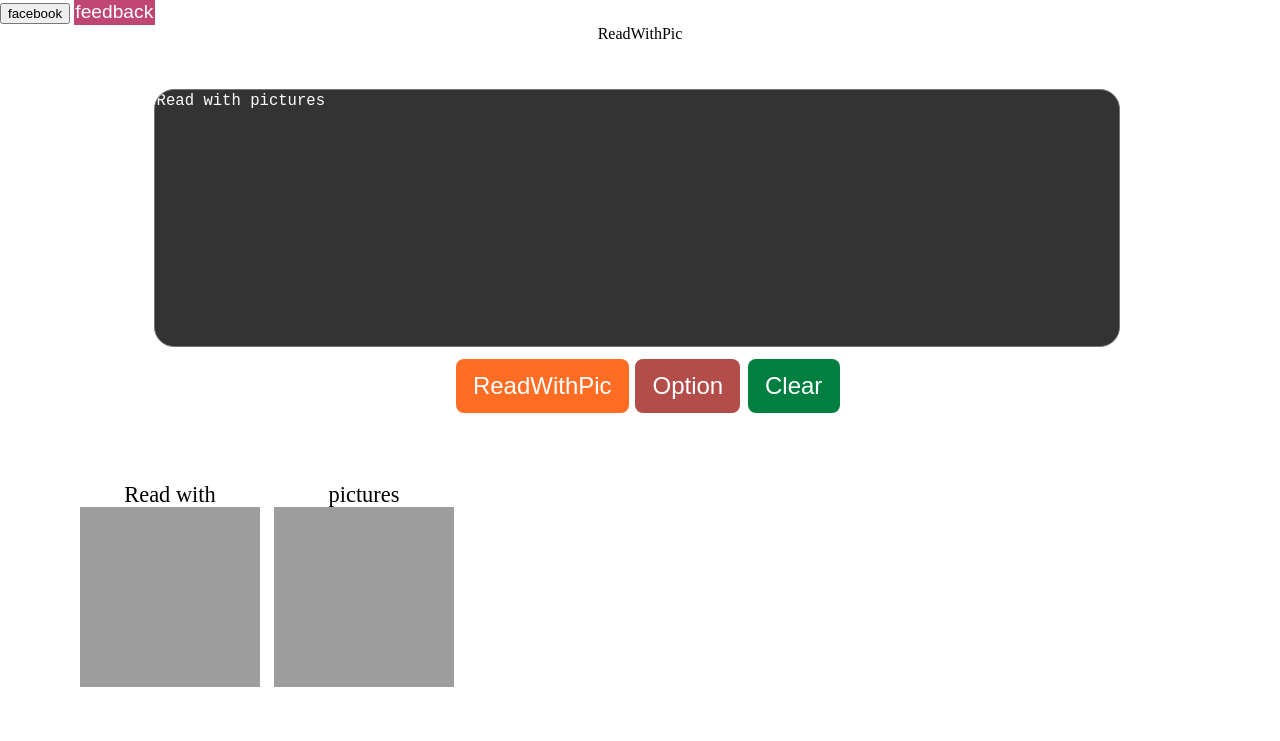
Repository: readwithpic/readwithpic.github.io
Page: index.html
The author's editor kept a record of every edit. The page is drawn from the files as they stood at one moment, then again after the next edit.
The browser window is 1280 px wide. The pictures show the whole page.
Pictures or frames that could not be fetched are drawn as grey boxes. Some web libraries are served in a nearby version.

Above is the page before.
Console error: TypeError: Cannot read properties of undefined (reading 'length')

### index.html
<!DOCTYPE html>
<html>

    <head>
        <meta charset="utf-8">
        <link rel="stylesheet" type="text/css" href="style.css" />
        <script src="https://ajax.googleapis.com/ajax/libs/jquery/2.1.3/jquery.min.js"></script>
        <script type="text/javascript" src="jscript.js"></script>
    </head>

    <body>
        <!-- <button type="button" id="feedback">Feedback</button>-->
        <!--Facebook Code-->
        <div class="social">
            <button type="button" class="facebook" onclick="window.open('https://www.facebook.com/readwithpic','_blank')">facebook
            </button>
            <button type="button" class="feedback"  onclick="window.open('https://www.facebook.com/readwithpic','_blank')">feedback
            </button>
        </div>
        <div class="logo"><a href="http://readwithpic.github.io" class="linkColor">ReadWithPic</a>
        </div>
        <div id="textBox">
            <div>
                <button type="button" id="roundB">
                    <p class="msg">R..</p>
                </button>
                <button type="button" id="closeB">
                    <p class="msg">X</p>
                </button>
            </div>
            <div>
                <textarea rows="10" cols="80" id="textInput" name="texthere">Read with pictures</textarea>
            </div>
            <div class="optionBox">
                <form action="#">
                    <div id="checkboxP">
                        <input type="checkbox" name="option" id="funny">
                        <label for="funny"><span class="cText"> Humour</span></label>
                    </div>
                    <div id="divAni">
                        <input type="checkbox" name="option" id="ani">
                        <label for="ani"><span class="cText">Animation</span></label>
                    </div>
                </form>
            </div>
            <div class="mainGroup">
                <div class="group">
                    <div id="buttonSpin">
                        <div class="spinner">
                            <div class="bounce1"></div>
                            <div class="bounce2"></div>
                            <div class="bounce3"></div>
                        </div>
                    </div>
                    <button type="button" id="convert">ReadWithPic</button>
                    <button type="button" id="option"><span id='optionText'>Option</span><span id='optionClose'>X</span></button>
                    <button type="button" id="clear">Clear</button>
                </div>
            </div>
        </div>
        <div class="front">
            <ul>
                <li class="showIt">
                    <figure>
                        <img src="http://www.auburn.edu/academic/education/reading_genie/navig/read.gif" height=180 width=180>
                        <figcaption>
                            <p class='withPic'>Read with</p>
                        </figcaption>
                    </figure>
                </li>
                <li class="showIt">
                    <figure>
                        <img src="https://pbs.twimg.com/profile_images/425063504039538688/sO0mRdKW.jpeg" height=180 width=180>
                        <figcaption>
                            <p class='withPic'>pictures</p>
                        </figcaption>
                    </figure>
                </li>
            </ul>
        </div>
        <!--debug <button type="button" id="loadme">Load</button>
            <button type="button" id="debug">debug</button>
           -->
        <div id="display">
            <ul>
                <li id="listLoad">
                    <div id="loadingSpin">
                        <div class="spinner">
                            <div class="bounce1"></div>
                            <div class="bounce2"></div>
                            <div class="bounce3"></div>
                        </div>
                    </div>
                </li>
            </ul>
        </div>
        <div><span id="sDebug"> </span><span id="what"></span>
        </div>
    </body>

</html>

### style.css
html, body { height: 100%; width: 100%; margin: 0; }


.logo{
    text-align:center;
    cursor:hand;
}

a:link {
    text-decoration: none;
}

a:visited {

    text-decoration: none;
}

a:hover {
    text-decoration: none;
}

a:active {
    text-decoration: none;

}
.linkColor{
    color:black;
}
#facebook{
   cursor:pointer;
   text-align:center;
   background-color: #3763A8;
   color: white;
   font-size: 1.2em;
   text-decoration: none;
   padding: 0.1% 0.1% ;
   border: none;
}

#facebook:hover{
    background-color:#3b5998;
}

#facebook:active{
    background-color:#3763A8;
}

.feedback{
   cursor:pointer;
   text-align:center;
   background-color: #BF4572;
   color: white;
   font-size: 1.2em;
   text-decoration: none;
   padding: 0.1% 0.1% ;
   border: none;
}

.feedback:hover{
    background-color:#7F2E4C;
}

.feedback:active{
    background-color:#BF4572;
}

.fb-like{
    width:200px;
}

li {
    display: inline-block;
    text-align:center;
    height:250px;
    padding-left:-100px;
}

.showIt{
    display:inline-block;
}

img{
    margin-right:-70px;
    float:left;
    padding:0px 0px 0px 0px;
}

#searchbox {
    width:600px;
    height:200px;
}

p {
 display:inline;
}

.withPic{
    font-size:1.4em;
    position:relative;
    left:35px;
    top:-205px;
    z-index:-1;
}
.onlyText{
 margin-left:4px;
}

#sDebug{
    background-color:brown;
}

#what{
    background-color:red;
}

/*half page div box */
#textBox{
  position:absolute;
  width:100%;
  height:50%;
}

textarea{
    -webkit-overflow-scrolling: touch;
}

#textInput{
    color:white;
    font-size:1.2em;
    position:absolute;
    display:block;
    resize:none;
    top:13%;
    left:12%;
    width:75%;
    height:70%;
    background-color:#333333;
    -moz-border-radius: 10px;
    -webkit-border-radius: 10px;
    border-radius: 20px;

}

#textInput:focus{
  border-color: #FF6C24;
  outline:none;
}

.front{
    position:relative;
    top:60%;
}

.optionBox{
    position:fixed;
    top:14%;
    background-color:#B24D4A;
    width:190px;
    height:90px;
    color:white;
    border-top-right-radius:20px;
    border-bottom-right-radius:20px;
    display:none;
}

#optionText{
    display:block;
}

#optionClose{
   margin-left:28.5px;
   margin-right:26px;
   display:none;
}

.cText{
   font-size:1.5em;
}

input[type=checkbox]
{
  display:inline-bloc;
   margin-left:15px;
   margin-top:15px;
   margin-right:10px;
  /* Double-sized Checkboxes */
  -ms-transform: scale(3); /* IE */
  -moz-transform: scale(3); /* FF */
  -webkit-transform: scale(3); /* Safari and Chrome */
  -o-transform: scale(3); /* Opera */
  padding: 10px;
}

.mainGroup {
    float:left;
    position:relative;
    top:88%;
    left:44%;
}

.group {
    width:215px;
    float:left;
    position:relative;
    left:-50%;
}

#divAni{
    margin-top:10px;
}
#convert  {
    display:inline-block;
    text-align:center;
    background-color: #FF6C24;
   -webkit-border-radius: 8px;
    -moz-border-radius: 8px;
    border-radius: 8px;
     color: white;
   font-size: 1.5em;
   text-decoration: none;
   padding: 6% 8% ;
   border: none;
   }

#convert:hover{
    background-color:#E55900;
}

#convert:active {
   background-color: #993D00;
   }

#convert:disabled{
background-color:#FFAA70;
}

#buttonSpin{
    position:absolute;
    margin-top:10%;
    margin-left:28%;
    display:none;
}

#clear{
    position:absolute;
    display:inline-block;
    margin-left:119px;
    text-align:center;
    background-color: #007F41;
   -webkit-border-radius: 8px;
    -moz-border-radius: 8px;
    border-radius: 8px;
   color: white;
   font-size: 1.5em;
   text-decoration: none;
   padding: 6% 8% ;
   border: none;
   }

#clear:hover {
   background-color:  #00683B;
   }


#clear:active {
   background-color: #007F41;
   }

#option{
    position:absolute;
    margin-left: 6.5px;
    text-align:center;
    background-color:#B24D4A;
   -webkit-border-radius: 8px;
    -moz-border-radius: 8px;
    border-radius: 8px;
   color: white;
   font-size: 1.5em;
   text-decoration: none;
   padding: 6% 8% ;
   border: none;
   }

#option:hover {
   background-color:#B23734;
   }


#option:active {
   background-color:#B24D4A;
   }


#roundB{
  position:fixed;
  top:1.5%;
  right:5%;
  width:50px;
  height:50px;
  background-color: #FF6C24;
  border-radius:50%;
  border: none;
  text-align:center;
  font-size:2em;
  color:white;
  display:none;
}

#roundB:hover{
    background-color:#E55900;
}

#roundB:active {
   background-color: #FF6C24;
   }

#closeB{
  position:fixed;
  top:1.5%;
  right:5%;
  width:50px;
  height:50px;
  background-color:#FF4024;
  border-radius:50%;
  border: none;
  text-align:center;
  font-size:2em;
  display:none;
}

#closeB:hover{
    background-color:#B20A00;
}

#closeB:active {
   background-color:#FF4024;
}



















/* Loading */
#listLoad{
  position:relative;
  width:180px;
  height:180px;
  display:none;
}

#loadingSpin{
    position:absolute;
    top:77px;
    left:67px;
    z-index:-2;
}

spinner {
  margin-left:100px;
  width: 70px;
  text-align: center;
}

.spinner > div {
  width: 15px;
  height: 15px;
  background-color: #333;
  border-radius: 100%;
  display: inline-block;
  -webkit-animation: bouncedelay 1.4s infinite ease-in-out;
  animation: bouncedelay 1.4s infinite ease-in-out;
  /* Prevent first frame from flickering when animation starts */
  -webkit-animation-fill-mode: both;
  animation-fill-mode: both;
}

.spinner .bounce1 {
  -webkit-animation-delay: -0.32s;
  animation-delay: -0.32s;
}

.spinner .bounce2 {
  -webkit-animation-delay: -0.16s;
  animation-delay: -0.16s;
}

/* loading end */

@-webkit-keyframes bouncedelay {
  0%, 80%, 100% { -webkit-transform: scale(0.0) }
  40% { -webkit-transform: scale(1.0) }
}

@keyframes bouncedelay {
  0%, 80%, 100% {
    transform: scale(0.0);
    -webkit-transform: scale(0.0);
  } 40% {
    transform: scale(1.0);
    -webkit-transform: scale(1.0);
  }
}

Loaded but not shown: jscript.js (322 lines, source omitted)

After the next edit:
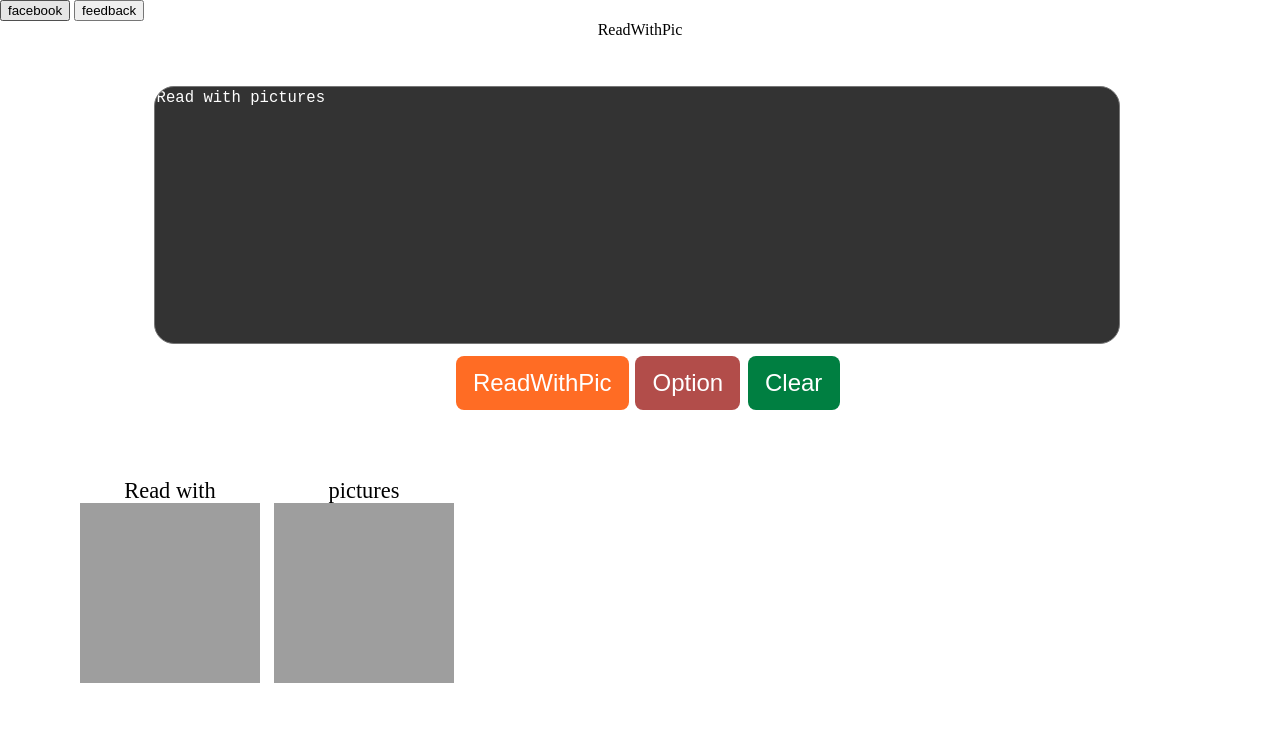
The edit:
--- a/style.css
+++ b/style.css
@@ -45,7 +45,7 @@
     background-color:#3763A8;
 }
 
-.feedback{
+#feedback{
    cursor:pointer;
    text-align:center;
    background-color: #BF4572;
@@ -56,11 +56,11 @@
    border: none;
 }
 
-.feedback:hover{
+#feedback:hover{
     background-color:#7F2E4C;
 }
 
-.feedback:active{
+#feedback:active{
     background-color:#BF4572;
 }
 

After the edit that followed:
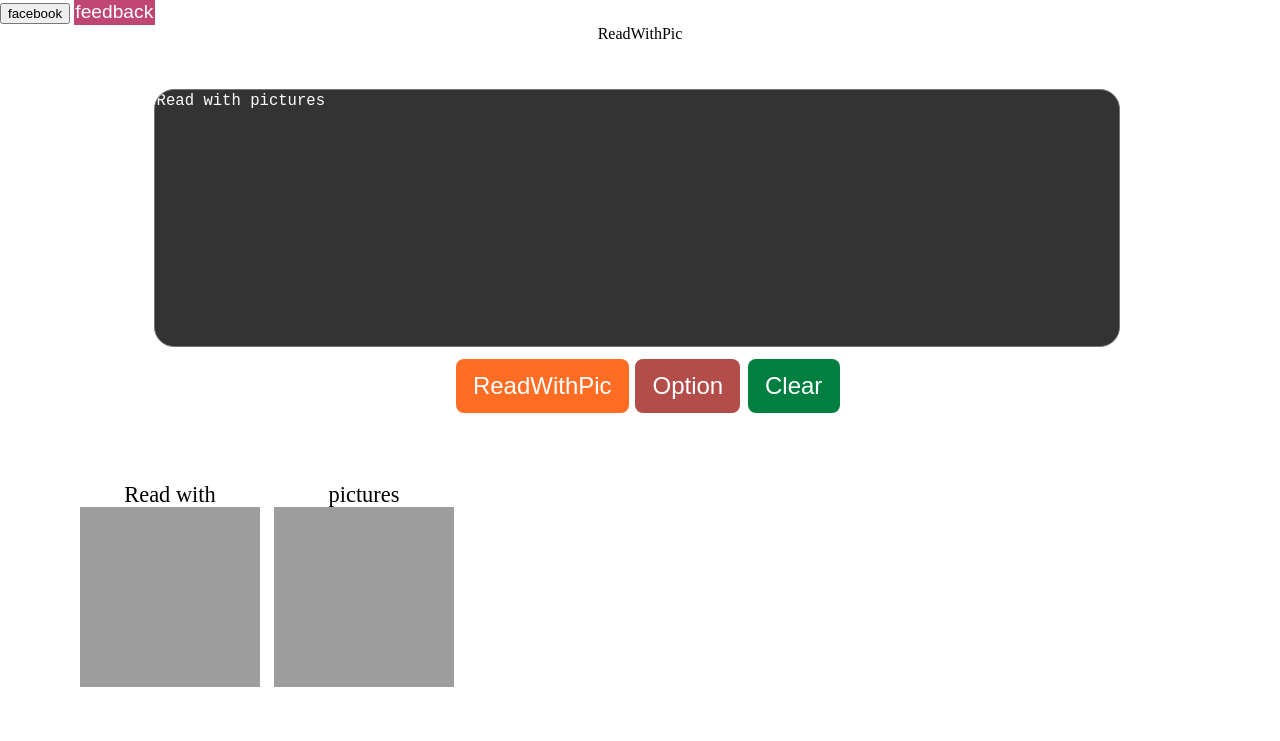
The edit:
--- a/style.css
+++ b/style.css
@@ -45,7 +45,7 @@
     background-color:#3763A8;
 }
 
-#feedback{
+.feedback{
    cursor:pointer;
    text-align:center;
    background-color: #BF4572;
@@ -54,13 +54,14 @@
    text-decoration: none;
    padding: 0.1% 0.1% ;
    border: none;
-}
-
-#feedback:hover{
+
+}
+
+.feedback:hover{
     background-color:#7F2E4C;
 }
 
-#feedback:active{
+.feedback:active{
     background-color:#BF4572;
 }
 
@@ -189,6 +190,7 @@
   -webkit-transform: scale(3); /* Safari and Chrome */
   -o-transform: scale(3); /* Opera */
   padding: 10px;
+
 }
 
 .mainGroup {
@@ -336,24 +338,6 @@
    background-color:#FF4024;
 }
 
-
-
-
-
-
-
-
-
-
-
-
-
-
-
-
-
-
-
 /* Loading */
 #listLoad{
   position:relative;
